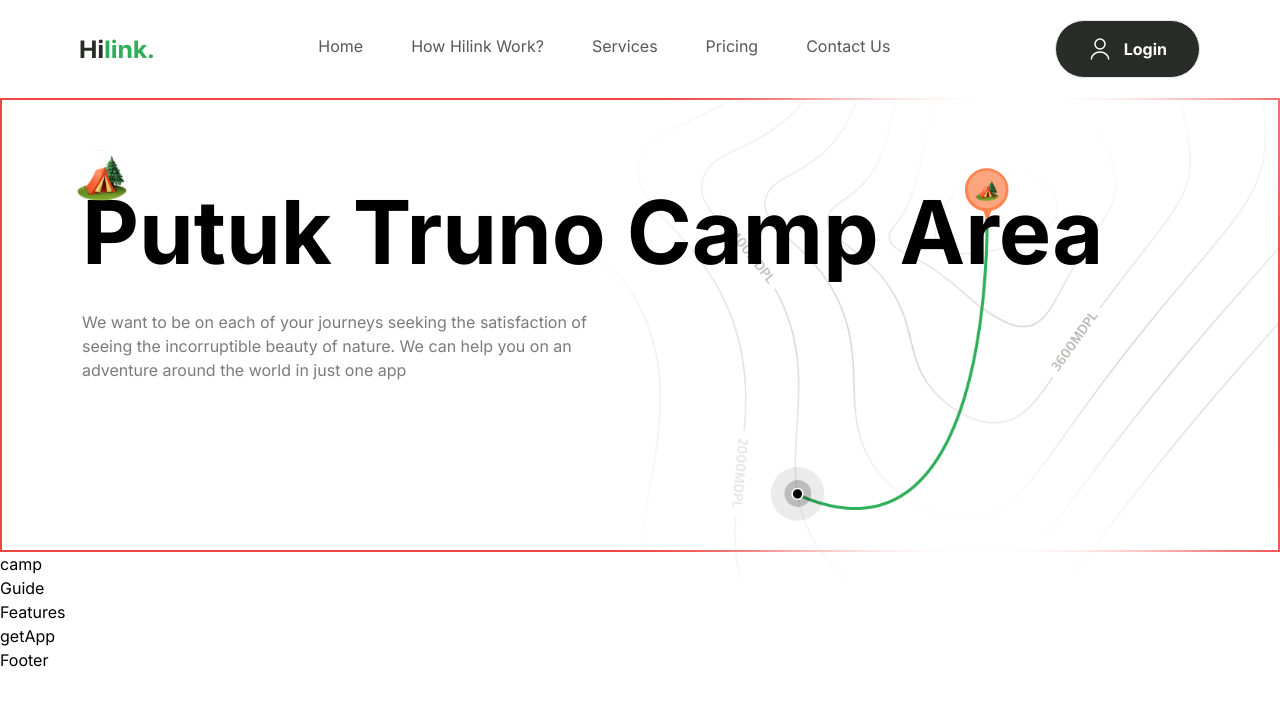
Repository: tarun4141/travel-app
Page: /
The author's editor kept a copy of each file at every save. The page is drawn from the files as they stood at one save, then again after a run of saves.
The browser window is 1280 px wide. The pictures show the whole page.
The project was rebuilt for these pictures with package versions that can differ from the ones it lists, and the page was loaded fresh each time. The framework's server and built-in components were replaced by stand-ins that run in the browser. Also part of the build but not shown: next.config.mjs.

Above is the page before, as saved 2024-06-23 02:56:46.

### app/layout.tsx
import type { Metadata } from "next";

import "./globals.css";
import Navbar from "@/components/Navbar";
import Footer from "@/components/Footer";



export const metadata: Metadata = {
  title: "Travel App",
  description: "Travel next app",
};

export default function RootLayout({
  children,
}: Readonly<{
  children: React.ReactNode;
}>) {
  return (
    <html lang="en">

      <body >

      <Navbar/>
      <main className="relative overflow-hidden">
      {children}

      </main>

      <Footer/>
      </body>
    </html>
  );
}

### app/page.tsx
import Camp from "@/components/Camp";
import Features from "@/components/Features";
import GetApp from "@/components/GetApp";
import Guide from "@/components/Guide";
import Hero from "@/components/Hero";


export default function Home() {
  return (
  <>
  <Hero/>
  <Camp/>
  <Guide/>
  <Features/>
  <GetApp/>

  </>
  );
}

### components/Navbar.tsx
import { NAV_LINKS } from '@/constants'
import Image from 'next/image'
import Link from 'next/link'
import React from 'react'
import Button from './Button'

const Navbar = () => {
  return (
   <nav className='
  flexBetween max-container
  padding-container
  relative z-30 py-5 '>
   <Link href="/">
   <Image src="/hilink-logo.svg"
   alt='logo'
   width={74}
   height={29}
   />


   </Link>
   <ul className='hidden h-full gap-12 lg:flex'>

   {NAV_LINKS.map((link)=>(
      <Link href={link.href} key={link.key}
      className='regular-16 text-gray-50 flexCenter cursor-pointer pb-1.5 transition-all hover:font-bold '>
      {link.label}
      </Link>
   ))}


 </ul>

<div className='lg:flexCenter hidden'>
   <Button
   type="button"
   title="Login"
   icon="/user.svg"
   variant="btn_dark_green"
   />
</div>
<Image
src="menu.svg"
alt='menu'
width={32}
height={32}
className='inline-block cursor-pointer lg:hidden'

/>



   </nav>
  )
}

export default Navbar

### components/Camp.tsx
import React from 'react'

const Camp = () => {
  return (
    <div>
      camp
    </div>
  )
}

export default Camp

### components/Features.tsx
import React from 'react'

const Features = () => {
  return (
    <div>
      Features
    </div>
  )
}

export default Features

### components/GetApp.tsx
import React from 'react'

const GetApp = () => {
  return (
    <div>
      getApp
    </div>
  )
}

export default GetApp

### components/Guide.tsx
import React from 'react'

const Guide = () => {
  return (
    <div>
      Guide
    </div>
  )
}

export default Guide

### components/Hero.tsx
import Image from 'next/image'
import React from 'react'

const Hero = () => {
  return (
    <section className='max-container padding-container flex flex-col
    gap-20 py-10 pb-32 md:gap-28 lg:py-20 xl:flex-row border-2
     border-red-500'>

        <div className='hero-map'></div>

        <div className='relative z-20 flex flex-1 flex-col xl:w-1/2' >
        <Image
        src="/camp.svg"
        alt='camp'
        width={50}
        height={50}
        className='absolute left-[-5px] top-[-30px] w-10 lg:w-[50px]'
        />
        <h1 className='bold-52 lg:bold-88'>Putuk Truno Camp Area</h1>
        <p className="regular-16 mt-6 text-gray-30 xl:max-w-[520px]">
          We want to be on each of your journeys seeking the satisfaction of seeing the incorruptible beauty of nature. We can help you on an adventure around the world in just one app
        </p>
        <div className='my-11 flex fle-wrap gap-5'>
            <div className='flex items-center gap-2'>
                {
                    Array(5).fill(1).map((_,index)=>(
                        <Image

                        />
                    ))
                }



            </div>


        </div>





        </div>



    </section>
  )
}

export default Hero

### constants/index.ts
//NAVIGATION
export const NAV_LINKS = [
    { href: '/', key: 'home', label: 'Home' },
    { href: '/', key: 'how_hilink_work', label: 'How Hilink Work?' },
    { href: '/', key: 'services', label: 'Services' },
    { href: '/', key: 'pricing ', label: 'Pricing ' },
    { href: '/', key: 'contact_us', label: 'Contact Us' },
  ];

  // CAMP SECTION
  export const PEOPLE_URL = [
    '/person-1.png',
    '/person-2.png',
    '/person-3.png',
    '/person-4.png',
  ];

  // FEATURES SECTION
  export const FEATURES = [
    {
      title: 'Real maps can be offline',
      icon: '/map.svg',
      variant: 'green',
      description:
        'We provide a solution for you to be able to use our application when climbing, yes offline maps you can use at any time there is no signal at the location',
    },
    {
      title: 'Set an adventure schedule',
      icon: '/calendar.svg',
      variant: 'green',
      description:
        "Schedule an adventure with friends. On holidays, there are many interesting offers from Hilink. That way, there's no more discussion",
    },
    {
      title: 'Technology using augment reality',
      icon: '/tech.svg',
      variant: 'green',
      description:
        'Technology uses augmented reality as a guide to your hiking trail in the forest to the top of the mountain. Already supported by the latest technology without an internet connection',
    },
    {
      title: 'Many new locations every month',
      icon: '/location.svg',
      variant: 'orange',
      description:
        'Lots of new locations every month, because we have a worldwide community of climbers who share their best experiences with climbing',
    },
  ];

  // FOOTER SECTION
  export const FOOTER_LINKS = [
    {
      title: 'Learn More',
      links: [
        'About Hilink',
        'Press Releases',
        'Environment',
        'Jobs',
        'Privacy Policy',
        'Contact Us',
      ],
    },
    {
      title: 'Our Community',
      links: ['Climbing xixixi', 'Hiking hilink', 'Hilink kinthill'],
    },
  ];

  export const FOOTER_CONTACT_INFO = {
    title: 'Contact Us',
    links: [
      { label: 'Admin Officer', value: '123-456-7890' },
      { label: 'Email Officer', value: 'hilink@akinthil.com' },
    ],
  };

  export const SOCIALS = {
    title: 'Social',
    links: [
      '/facebook.svg',
      '/instagram.svg',
      '/twitter.svg',
      '/youtube.svg',
      '/wordpress.svg',
    ],
  };

### components/Button.tsx
import Image from "next/image";


type ButtonProps ={
  type: "button"|"submit";
  title:string;
  icon?:string;
  variant:'btn_dark_green'
}

const Button = ({type,title,icon,variant}:ButtonProps) => {
  return (
    <button
    className={`flexCenter gap-3 rounded-full border ${variant}`}

    type={type}>

        {icon && <Image src={icon} alt={title} width={24} height={24} />}
   <label className="bold-16 whitespace-nowrap">{title}</label>

    </button>

  )
}

export default Button

Loaded but not shown: app/globals.css (common file); components/Footer.tsx (common file); tailwind.config.ts (common file)

After the next 30 saves:
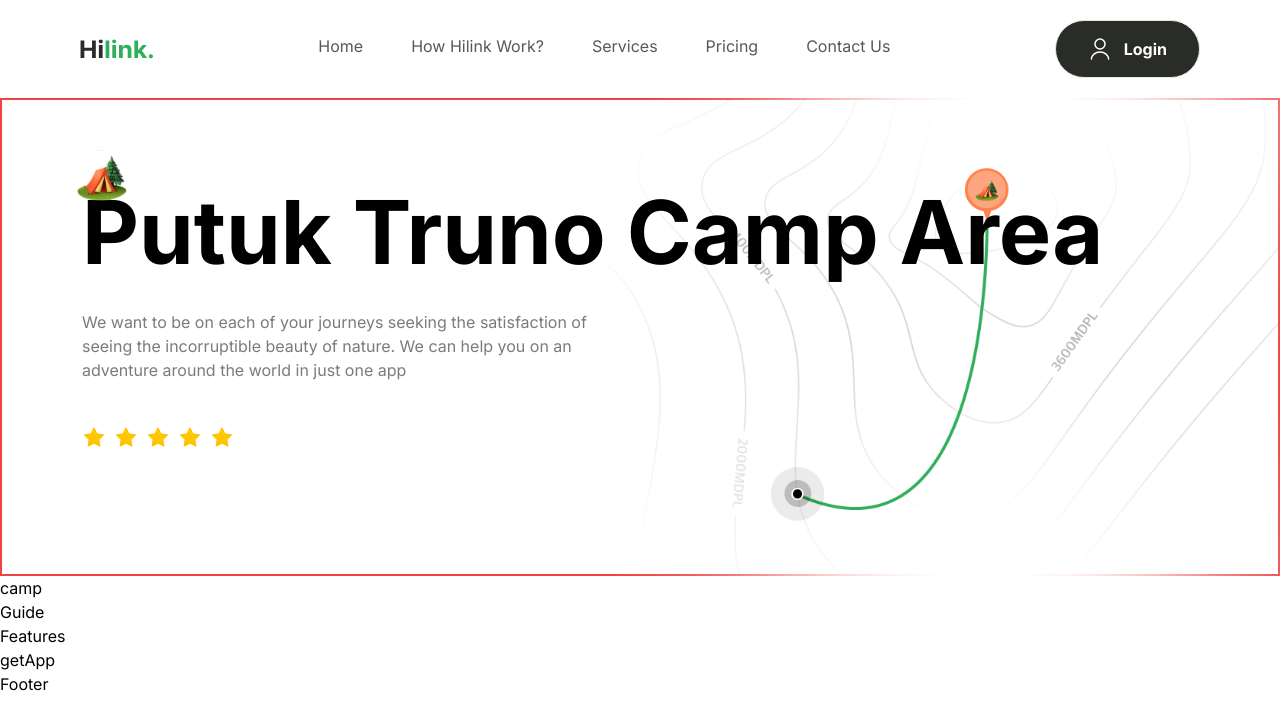
The 30 saves are shown as one change because 1 did not build or start and some came seconds apart.
The last was saved 55 s later.
--- a/components/Hero.tsx
+++ b/components/Hero.tsx
@@ -26,7 +26,11 @@
                 {
                     Array(5).fill(1).map((_,index)=>(
                         <Image
-
+                        src="/star.svg"
+                        alt='star'
+                        key={index}
+                        width={24}
+                        height={24}
                         />
                     ))
                 }
